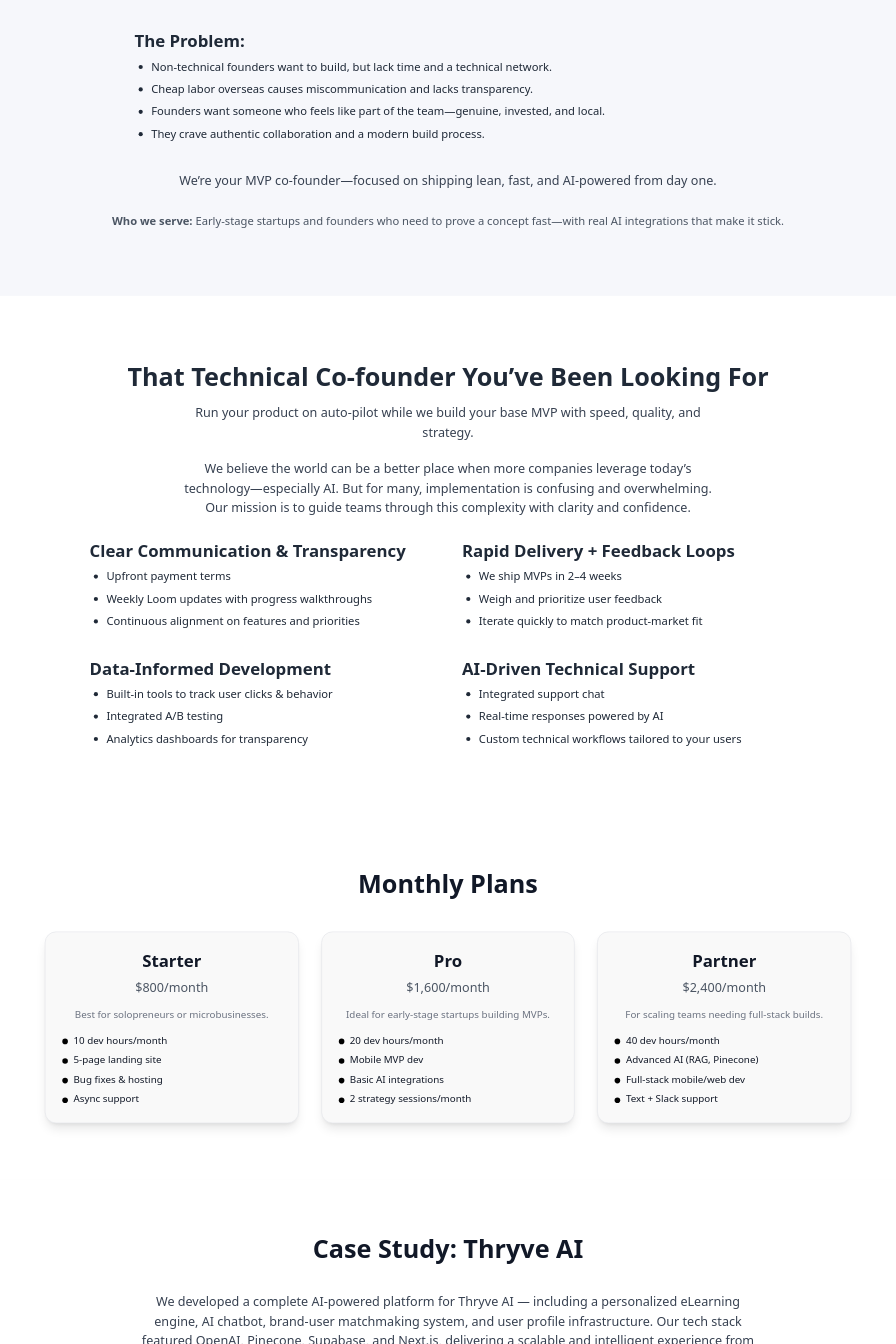
Repository: kayacancode/kayacancode-agency
Page: /business-workflows
These files come from the project's save history. The page is drawn as it stood at one moment and after the next save; the edit follows.
The browser window is 1280 px wide. The pictures show the part of the page from y = 564 to 2484 px (the page is 3125 px tall before and 3153 px after), at 70% of full size.
The project was rebuilt for these pictures with package versions that can differ from the ones it lists, and the page was loaded fresh each time.

Above is the page before, as saved 2025-04-22 14:18:51.

### src/App.js
import React from 'react';
import { motion } from 'framer-motion';
import { useState } from 'react';

export default function AgencyLandingPage() {
  const testimonials = [
    {
      author: 'Kontji Anthony, Founder @ Youdle',
      text: 'Working with Kayacancode was the smartest move we made. The systems just work, and the execution was fast, flexible, and founder-friendly.',
    },
    {
      author: 'Placeholder Name, Startup X',
      text: 'This is a placeholder testimonial for future video or text-based feedback. It will rotate in a slider style.',
    },
    {
      author: 'Placeholder Name, Startup Y',
      text: 'Another client placeholder testimonial. Consider embedding a short video clip here in the future.',
    },
  ];

  const [index, setIndex] = useState(0);


  const goToTestimonial = (i) => {
    setIndex(i);
  };
  return (
    <div className="min-h-screen bg-[#fdfcfa] text-gray-900 font-sans">
      {/* Hero Section */}
      <section className="px-6 py-36 bg-gradient-to-br from-[#f2f2ff] via-[#e8f0fe] to-[#d9e7ff] text-center">
        <motion.h1
          initial={{ opacity: 0, y: 30 }}
          animate={{ opacity: 1, y: 0 }}
          transition={{ duration: 1 }}
          className="text-6xl font-extrabold text-[#1e1e2f] max-w-5xl mx-auto leading-tight"
        >
          Build Fast. Launch Smart.
        </motion.h1>
        <motion.p
          initial={{ opacity: 0, y: 20 }}
          animate={{ opacity: 1, y: 0 }}
          transition={{ delay: 0.3, duration: 1 }}
          className="mt-6 text-xl text-[#3a3a4f] max-w-3xl mx-auto"
        >
          AI-Powered Product & App Development for Startups, Creatives, and Founders
        </motion.p>
        <motion.button
          initial={{ opacity: 0, y: 20 }}
          animate={{ opacity: 1, y: 0 }}
          transition={{ delay: 0.5, duration: 0.8 }}
          className="mt-10 px-8 py-4 bg-[#4f46e5] text-white rounded-2xl font-semibold hover:bg-[#4338ca] transition"
        >
          Get Started
        </motion.button>
      </section>


      {/* Pain Point Section */}
      <motion.section
        initial={{ opacity: 0 }}
        whileInView={{ opacity: 1 }}
        viewport={{ once: true }}
        transition={{ duration: 1 }}
        className="px-6 py-24 bg-[#f6f7fb] text-center"
      >

        <div className="max-w-4xl mx-auto text-left text-gray-800">
          <h3 className="text-2xl font-semibold mb-2">The Problem:</h3>
          <ul className="list-disc ml-6 space-y-2">
            <li>Non-technical founders want to build, but lack time and a technical network.</li>
            <li>Cheap labor overseas causes miscommunication and lacks transparency.</li>
            <li>Founders want someone who feels like part of the team—genuine, invested, and local.</li>
            <li>They crave authentic collaboration and a modern build process.</li>
          </ul>
        </div>
        <div className="mt-10 text-lg text-gray-700">

          <p className="mt-4">We’re your MVP co-founder—focused on shipping lean, fast, and AI-powered from day one.</p>
        </div>
        <div className="mt-8 text-gray-600">
          <p><strong>Who we serve:</strong> Early-stage startups and founders who need to prove a concept fast—with real AI integrations that make it stick.</p>
        </div>
      </motion.section>
      <motion.section
        initial={{ opacity: 0 }}
        whileInView={{ opacity: 1 }}
        viewport={{ once: true }}
        transition={{ duration: 1 }}
        className="px-6 py-24 bg-white text-center"
      >
        <h2 className="text-4xl font-bold mb-4 text-[#1f2937]">That Technical Co-founder You’ve Been Looking For</h2>
        <p className="text-lg text-gray-700 max-w-3xl mx-auto mb-6">
          Run your product on auto-pilot while we build your base MVP with speed, quality, and strategy.
        </p>
        <p className="text-lg max-w-3xl mx-auto text-gray-700 mb-8">
          We believe the world can be a better place when more companies leverage today’s technology—especially AI. But for many, implementation is confusing and overwhelming. Our mission is to guide teams through this complexity with clarity and confidence.
        </p>
        <div className="max-w-5xl mx-auto grid grid-cols-1 md:grid-cols-2 gap-10 text-left text-gray-800">
          <div>
            <h3 className="text-2xl font-semibold mb-2">Clear Communication & Transparency</h3>
            <ul className="list-disc ml-6 space-y-2">
              <li>Upfront payment terms</li>
              <li>Weekly Loom updates with progress walkthroughs</li>
              <li>Continuous alignment on features and priorities</li>
            </ul>
          </div>
          <div>
            <h3 className="text-2xl font-semibold mb-2">Rapid Delivery + Feedback Loops</h3>
            <ul className="list-disc ml-6 space-y-2">
              <li>We ship MVPs in 2–4 weeks</li>
              <li>Weigh and prioritize user feedback</li>
              <li>Iterate quickly to match product-market fit</li>
            </ul>
          </div>
          <div>
            <h3 className="text-2xl font-semibold mb-2">Data-Informed Development</h3>
            <ul className="list-disc ml-6 space-y-2">
              <li>Built-in tools to track user clicks & behavior</li>
              <li>Integrated A/B testing</li>
              <li>Analytics dashboards for transparency</li>
            </ul>
          </div>
          <div>
            <h3 className="text-2xl font-semibold mb-2">AI-Driven Technical Support</h3>
            <ul className="list-disc ml-6 space-y-2">
              <li>Integrated support chat</li>
              <li>Real-time responses powered by AI</li>
              <li>Custom technical workflows tailored to your users</li>
            </ul>
          </div>
        </div>
      </motion.section>

      {/* Plans Section */}
      <section className="px-6 py-20 bg-white text-center">
        <h2 className="text-4xl font-bold mb-12">Monthly Plans</h2>
        <div className="grid grid-cols-1 md:grid-cols-3 gap-8 max-w-6xl mx-auto">
          {[
            {
              title: 'Starter',
              price: '$800/month',
              description: 'Best for solopreneurs or microbusinesses.',
              features: [
                '10 dev hours/month',
                '5-page landing site',
                'Bug fixes & hosting',
                'Async support',
              ],
            },
            {
              title: 'Pro',
              price: '$1,600/month',
              description: 'Ideal for early-stage startups building MVPs.',
              features: [
                '20 dev hours/month',
                'Mobile MVP dev',
                'Basic AI integrations',
                '2 strategy sessions/month',
              ],
            },
            {
              title: 'Partner',
              price: '$2,400/month',
              description: 'For scaling teams needing full-stack builds.',
              features: [
                '40 dev hours/month',
                'Advanced AI (RAG, Pinecone)',
                'Full-stack mobile/web dev',
                'Text + Slack support',
              ],
            },
          ].map((plan, idx) => (
            <div key={idx} className="bg-[#f9f9f9] shadow-lg rounded-2xl p-6 border hover:shadow-xl transition">
              <h3 className="text-2xl font-semibold mb-2">{plan.title}</h3>
              <p className="text-lg text-gray-600 mb-4">{plan.price}</p>
              <p className="text-sm text-gray-500 mb-4">{plan.description}</p>
              <ul className="text-left space-y-2 text-sm">
                {plan.features.map((f, i) => (
                  <li key={i} className="flex items-start">
                    <span className="w-2 h-2 mt-2 mr-2 bg-black rounded-full" /> {f}
                  </li>
                ))}
              </ul>
            </div>
          ))}
        </div>
      </section>

      {/* Case Study Section */}
      <section className="px-6 py-20 bg-[#ffffff] text-center">
        <h2 className="text-4xl font-bold mb-10">Case Study: Thryve AI</h2>
        <div className="max-w-4xl mx-auto text-lg text-gray-700">
          <p>
            We developed a complete AI-powered platform for Thryve AI — including a personalized eLearning engine, AI chatbot, brand-user matchmaking system, and user profile infrastructure. Our tech stack featured OpenAI, Pinecone, Supabase, and Next.js, delivering a scalable and intelligent experience from the ground up.
          </p>
        </div>
      </section>

      {/* Testimonial Section */}

      {/* Testimonial Section */}
      <motion.section
        initial={{ opacity: 0 }}
        whileInView={{ opacity: 1 }}
        viewport={{ once: true }}
        transition={{ duration: 1 }}
        className="px-6 py-24 bg-[#f0f4f8] text-center"
      >
        <h2 className="text-4xl font-bold text-[#1e1e2f] mb-4">Don’t take our word for it</h2>
        <p className="text-gray-600 mb-12">Here’s what our clients have to say.</p>
        <div className="max-w-3xl mx-auto p-8 bg-white rounded-xl shadow-md transition-all">
          <p className="italic text-lg text-gray-800 mb-6">“{testimonials[index].text}”</p>
          <p className="font-semibold text-[#4f46e5]">{testimonials[index].author}</p>
        </div>
        <div className="flex justify-center gap-2 mt-6">
          {testimonials.map((_, i) => (
            <button
              key={i}
              onClick={() => goToTestimonial(i)}
              className={`w-3 h-3 rounded-full transition ${
                i === index ? 'bg-[#4f46e5]' : 'bg-gray-400'
              }`}
            />
          ))}
        </div>
      </motion.section>
    </div>
  );
}

Loaded but not shown: public/index.html (common file); src/index.js (common file); src/index.css (common file); src/reportWebVitals.js (common file); tailwind.config.js (common file)

After the next save:
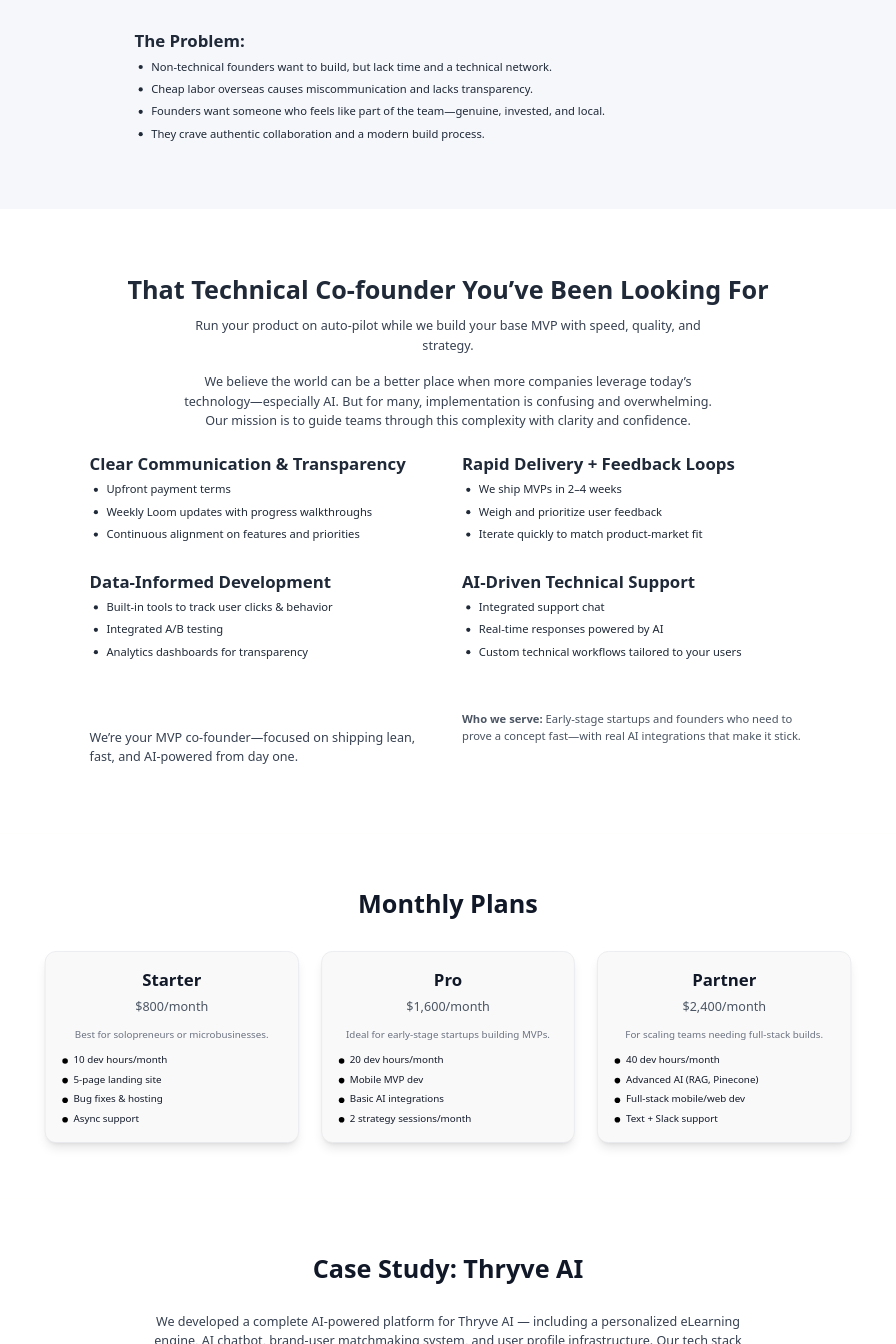
Saved 19 s later.
--- a/src/App.js
+++ b/src/App.js
@@ -73,13 +73,7 @@
             <li>They crave authentic collaboration and a modern build process.</li>
           </ul>
         </div>
-        <div className="mt-10 text-lg text-gray-700">
-
-          <p className="mt-4">We’re your MVP co-founder—focused on shipping lean, fast, and AI-powered from day one.</p>
-        </div>
-        <div className="mt-8 text-gray-600">
-          <p><strong>Who we serve:</strong> Early-stage startups and founders who need to prove a concept fast—with real AI integrations that make it stick.</p>
-        </div>
+
       </motion.section>
       <motion.section
         initial={{ opacity: 0 }}
@@ -128,6 +122,14 @@
               <li>Custom technical workflows tailored to your users</li>
             </ul>
           </div>
+
+          <div className="mt-10 text-lg text-gray-700">
+
+          <p className="mt-4">We’re your MVP co-founder—focused on shipping lean, fast, and AI-powered from day one.</p>
+        </div>
+        <div className="mt-8 text-gray-600">
+          <p><strong>Who we serve:</strong> Early-stage startups and founders who need to prove a concept fast—with real AI integrations that make it stick.</p>
+        </div>
         </div>
       </motion.section>
 
